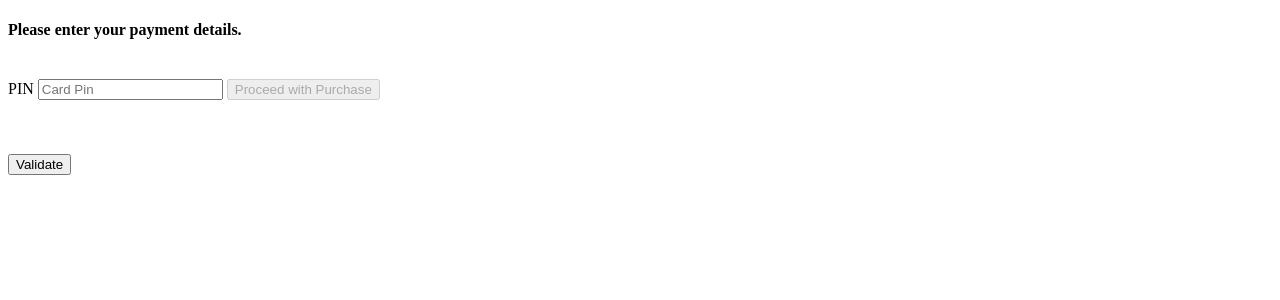
Repository: MylesTobin/is1113117401966
Page: http://localhost/EBusiness/Ebus2.php
The author's editor kept a record of every edit. The page is drawn from the files as they stood at one moment, then again after the next edit.
The browser window is 1280 px wide. The pictures show the whole page.
Some web libraries are served in a nearby version. The page is run by PHP 8.4 with error messages shown; the project is at /var/www/html/.

Above is the page before.

### EBusiness/Ebus2.php
<!DOCTYPE html>
<html>
    <head>

        <title> Enter Details</title>


        <!--jQuery-->
        <script src="https://ajax.googleapis.com/ajax/libs/jquery/3.2.1/jquery.min.js"></script>
    </head>

    <body>
        <!--Payment details-->
        <h4>Please enter your payment details.</h4>

            <br>

            <form method = "POST" action = "Ebus3.php">

                <label for="user_pin">
                     PIN
                </label>

                <input type="password" id="user_pin" placeholder="Card Pin" maxlength="4">


          <button type="Submit" id="btnPurchase" disabled>
                    Proceed with Purchase
                </button>

            </form>


            <br><br><br>

            <button onClick="validateDetails()"> Validate </button>

        <script type="text/javascript" src="ebus2_validator.js"></script>








            </form>







    </body>



</html>

### EBusiness/ebus2_validator.js
/* global $ */

function validateDetails(){

    var pin;

    pin = document.getElementById("user_pin").value;
     name = document.getElementById("user_name").value;

    if (pin==""){
        alert("Please enter a valid PIN");
        }
    else if (String(pin).length<4){
        alert("Please make sure your PIN is valid");
        }
    else if (String(pin).length=4, name==""){
        alert("Please enter a valid Name")
    }
        else{
            enablebtnPurchase()
        }


        var name;



    if (name==""){
        alert("Please enter a valid Name");
        }
   else if (name!="", String(pin).length<4){
       alert("Please enter a valid PIN");
   }
    else{
        enablebtnPurchase();
        }



}

function enablebtnPurchase(){
     $('#btnPurchase').prop('disabled',false);
}

function disablebtnPurchase(){
     $('#btnPurchase').prop('disabled',true);
}

After the next edit:
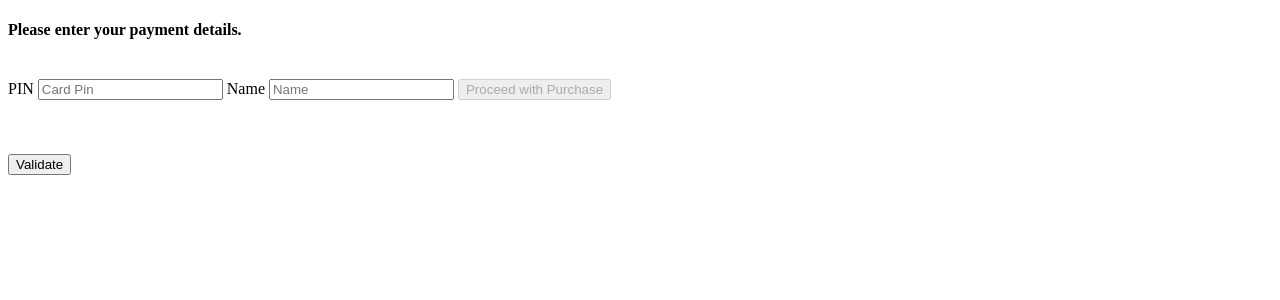
The edit:
--- a/EBusiness/Ebus2.php
+++ b/EBusiness/Ebus2.php
@@ -22,6 +22,16 @@
                 </label>
 
                 <input type="password" id="user_pin" placeholder="Card Pin" maxlength="4">
+
+
+                      <label for="user_name">
+                     Name
+                </label>
+
+
+
+
+                <input type="password" id="user_name" placeholder="Name" maxlength="20">
 
 
           <button type="Submit" id="btnPurchase" disabled>
